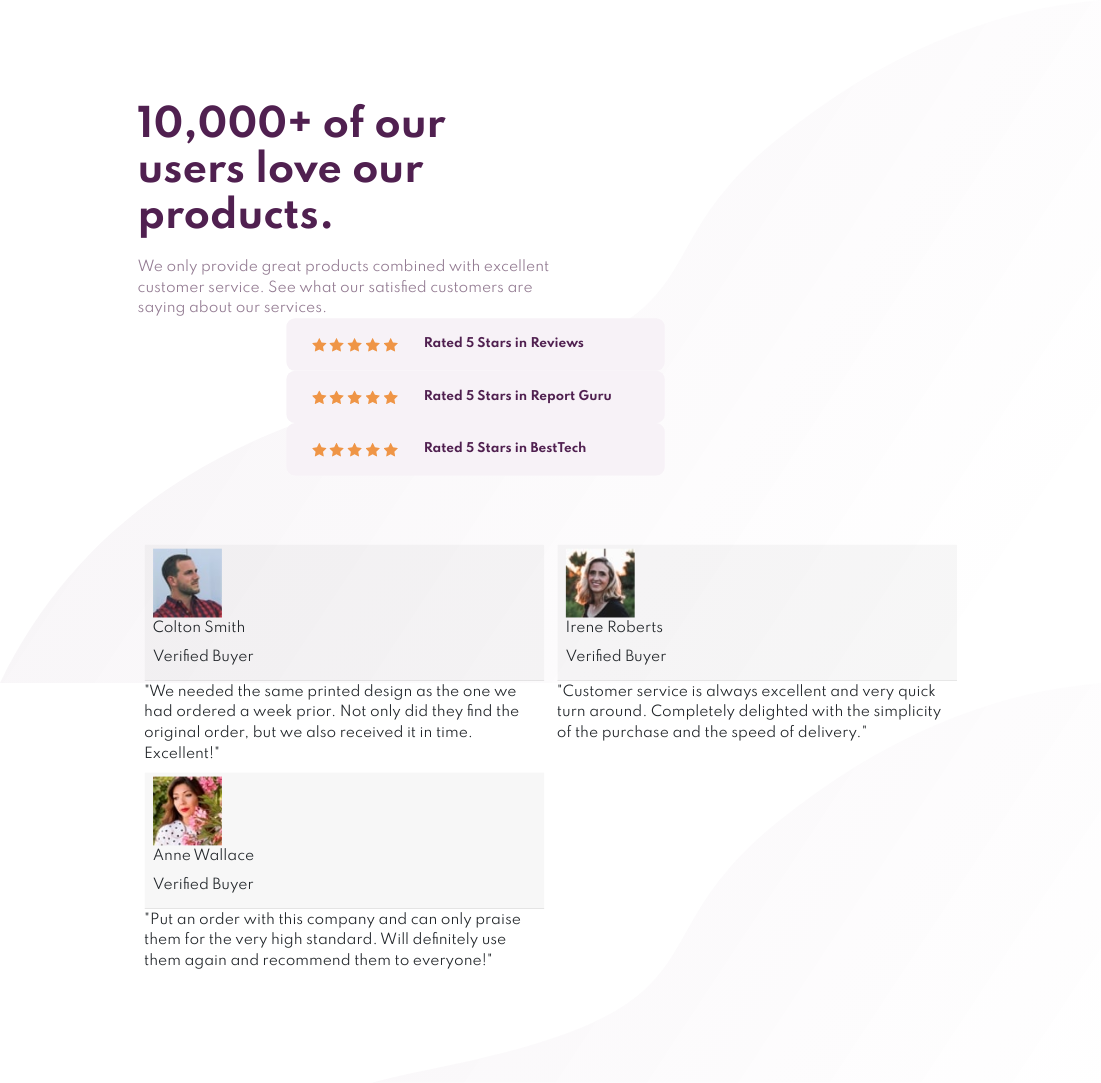
Repository: metehankasapp/social-proof-section-master
Page: index.html
These files come from the project's save history. The page is drawn as it stood at one moment and after the next save; the edit follows.
The browser window is 1280 px wide. The pictures show the whole page, at 86% of full size.
Some web libraries are served in a nearby version.

Above is the page before, as saved 2021-12-05 08:22:42.

After the next save:
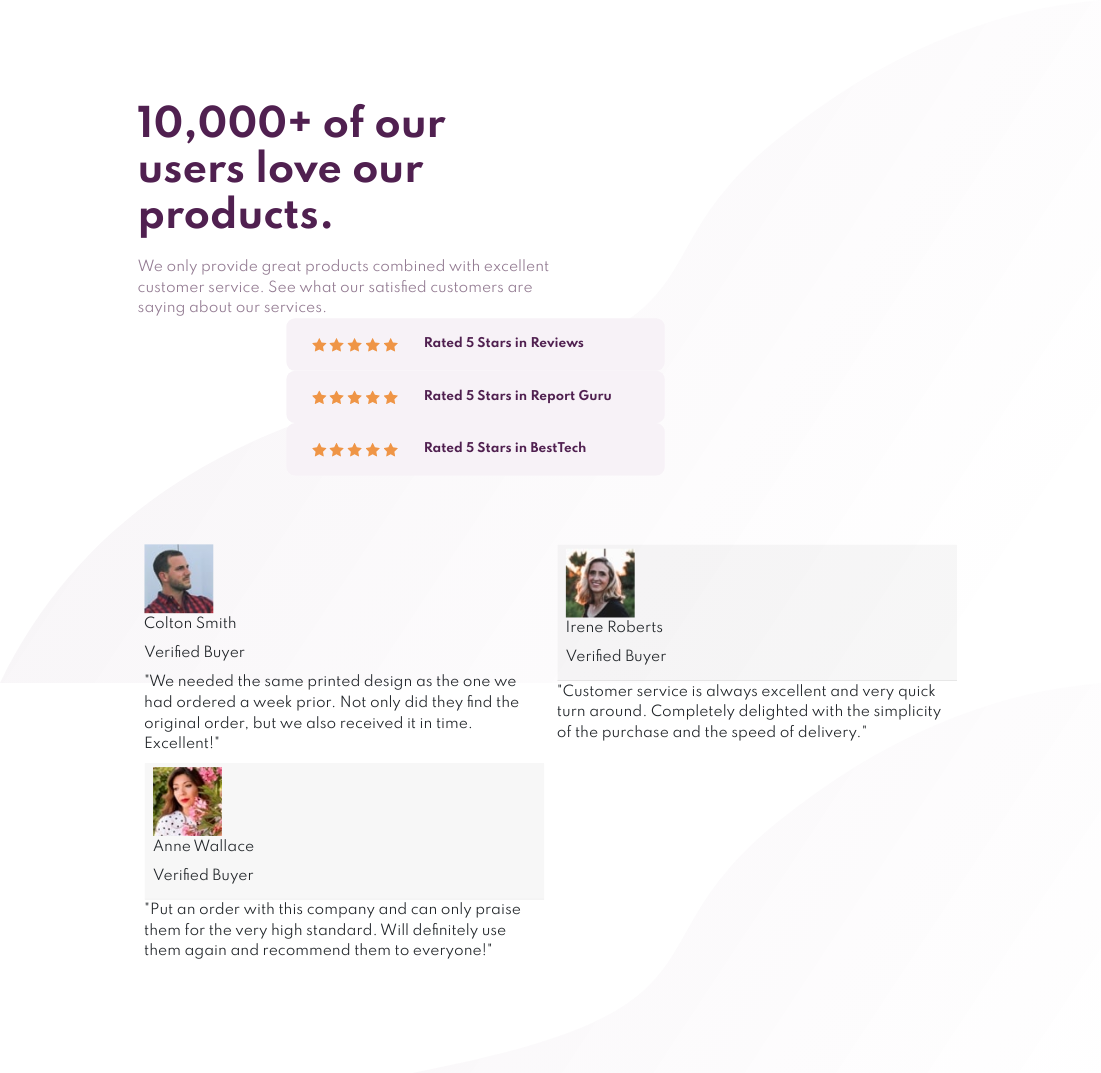
Saved 73 s later.
--- a/index.html
+++ b/index.html
@@ -72,7 +72,7 @@
 
     <div class="w-100 row m-0 p-0 ">
       <div class="card-item col-12 col-lg-6">
-        <div class="card-header">
+        <div class="card-headerr">
           <div class="card-img">
             <img src="images/image-colton.jpg" alt="">
           </div>

After the save that followed:
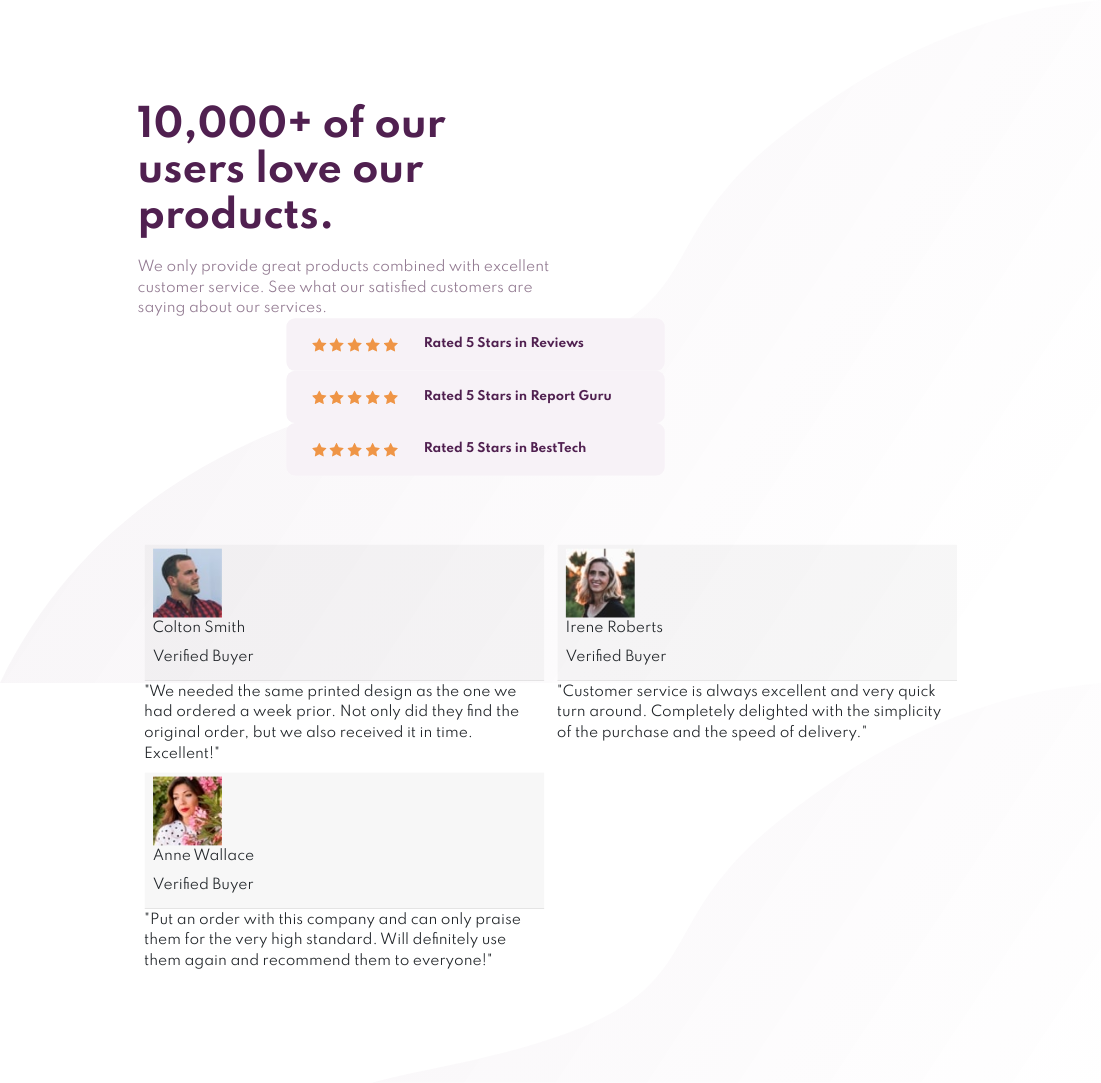
Saved 6 s later.
--- a/index.html
+++ b/index.html
@@ -72,7 +72,7 @@
 
     <div class="w-100 row m-0 p-0 ">
       <div class="card-item col-12 col-lg-6">
-        <div class="card-headerr">
+        <div class="card-header">
           <div class="card-img">
             <img src="images/image-colton.jpg" alt="">
           </div>
